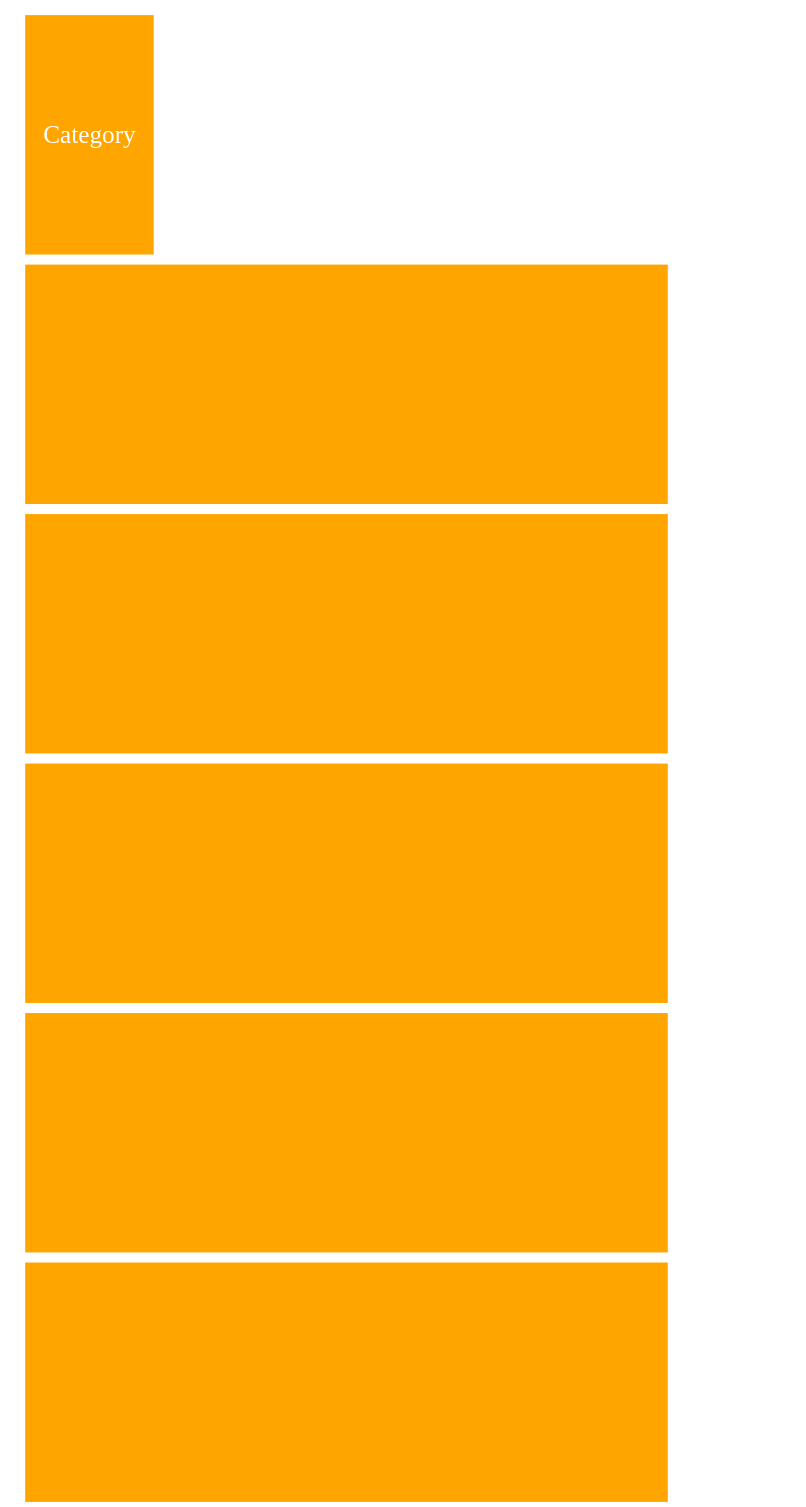
Repository: Huy48552/Grid-base
Page: layout2.html
The author's editor kept a copy of each file at every save. The page is drawn from the files as they stood at one save, then again after the next save.
The browser window is 1280 px wide. The pictures show the whole page, at 63% of full size.

Above is the page before, as saved 2021-08-23 15:06:47.

After the next save:
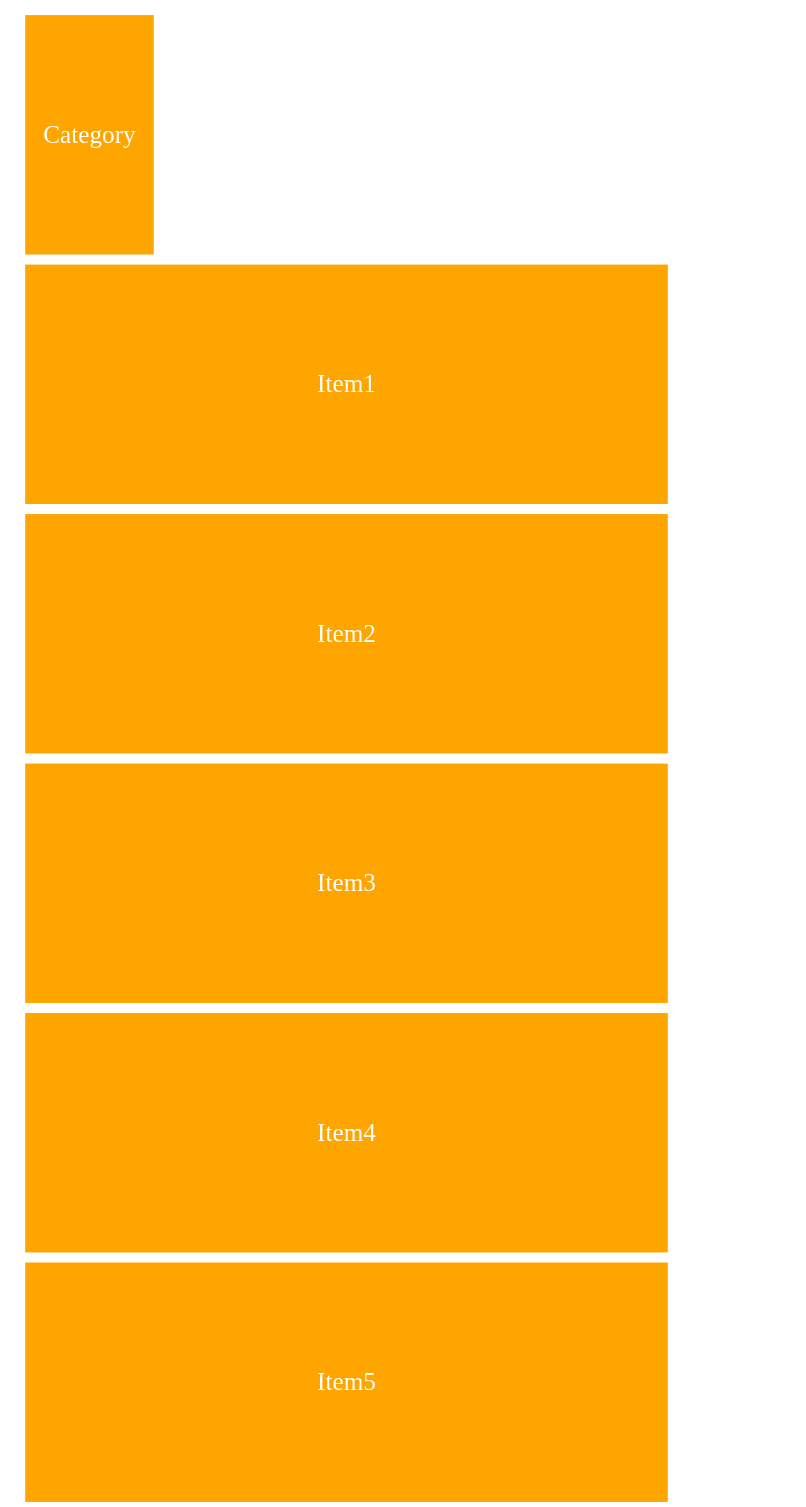
Saved 38 s later.
--- a/layout2.html
+++ b/layout2.html
@@ -16,11 +16,11 @@
             </div>
 
             <div class="col l-10">
-                <div class="item"></div>
-                <div class="item"></div>
-                <div class="item"></div>
-                <div class="item"></div>
-                <div class="item"></div>
+                <div class="item">Item1</div>
+                <div class="item">Item2</div>
+                <div class="item">Item3</div>
+                <div class="item">Item4</div>
+                <div class="item">Item5</div>
             </div>
         </div>
     </div>
